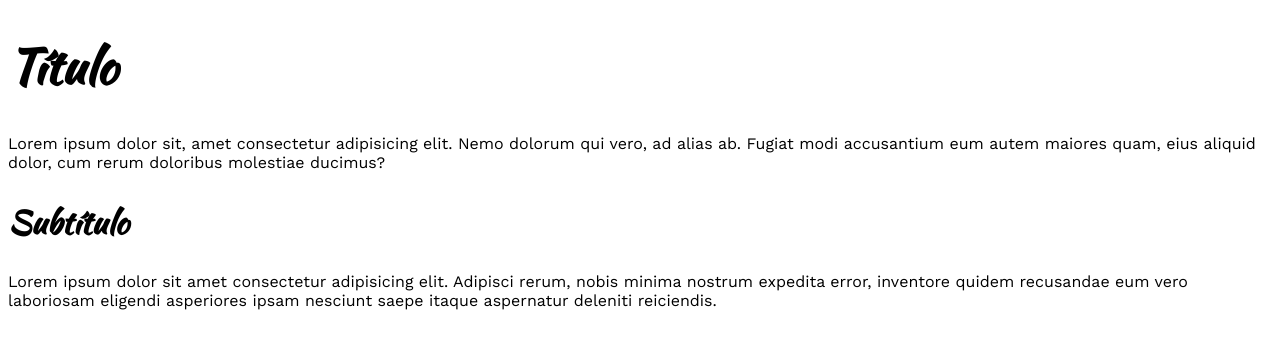
Repository: pheonix5/Estudo
Page: html-css/exercicios/ex018/fonte01.html
An editor plug-in stored every save of this project. The page is shown before and after the next save, followed by the edit.
The browser window is 1280 px wide. The pictures show the whole page.
Some web fonts or font styles are not loaded; a fallback is used.

Above is the page before, as saved 2023-08-12 23:41:39.

### html-css/exercicios/ex018/fonte01.html
<!DOCTYPE html>
<html lang="pt-br">
<head>
  <meta charset="UTF-8">
  <meta name="viewport" content="width=device-width, initial-scale=1.0">
  <title>Fotnes com Google Fonts</title>
  <style>
   @import url('https://fonts.googleapis.com/css2?family=Kaushan+Script&display=swap');

   @import url('https://fonts.googleapis.com/css2?family=Work+Sans:ital,wght@0,100;0,200;0,300;0,400;0,500;0,600;0,700;0,800;0,900;1,100;1,200;1,300;1,400;1,500;1,600;1,700;1,800;1,900&display=swap');

   @import url('https://fonts.googleapis.com/css2?family=Fredericka+the+Great&display=swap');
    body{
      font-family: 'Work Sans', sans-serif;
      font-size: 16px;
      color: #000;
    }
    h1{
      font-family: 'Kaushan Script', serif;
      font-size: 3em;
    }

    h2{
      font-family: 'Kaushan Script', serif;
      font-size: 2em;
    }
  </style>
</head>
<body>
  <h1>Título</h1>
  <p>Lorem ipsum dolor sit, amet consectetur adipisicing elit. Nemo dolorum qui vero, ad alias ab. Fugiat modi accusantium eum autem maiores quam, eius aliquid dolor, cum rerum doloribus molestiae ducimus?</p>

  <h2>Subtítulo</h2>
  <p>Lorem ipsum dolor sit amet consectetur adipisicing elit. Adipisci rerum, nobis minima nostrum expedita error, inventore quidem recusandae eum vero laboriosam eligendi asperiores ipsam nesciunt saepe itaque aspernatur deleniti reiciendis.</p>
</body>
</html>

After the next save:
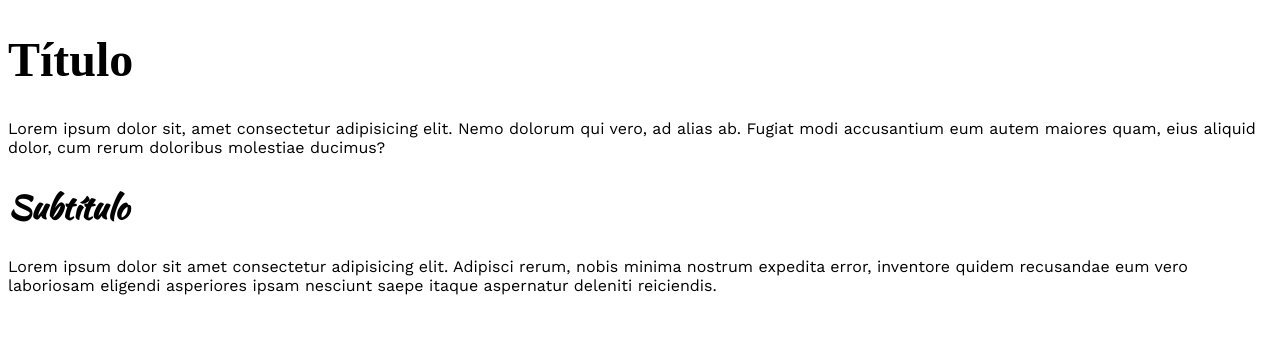
Saved 32 s later.
--- a/html-css/exercicios/ex018/fonte01.html
+++ b/html-css/exercicios/ex018/fonte01.html
@@ -16,7 +16,7 @@
       color: #000;
     }
     h1{
-      font-family: 'Kaushan Script', serif;
+      font-family: 'Fredericka the Great', cursive;
       font-size: 3em;
     }
 
